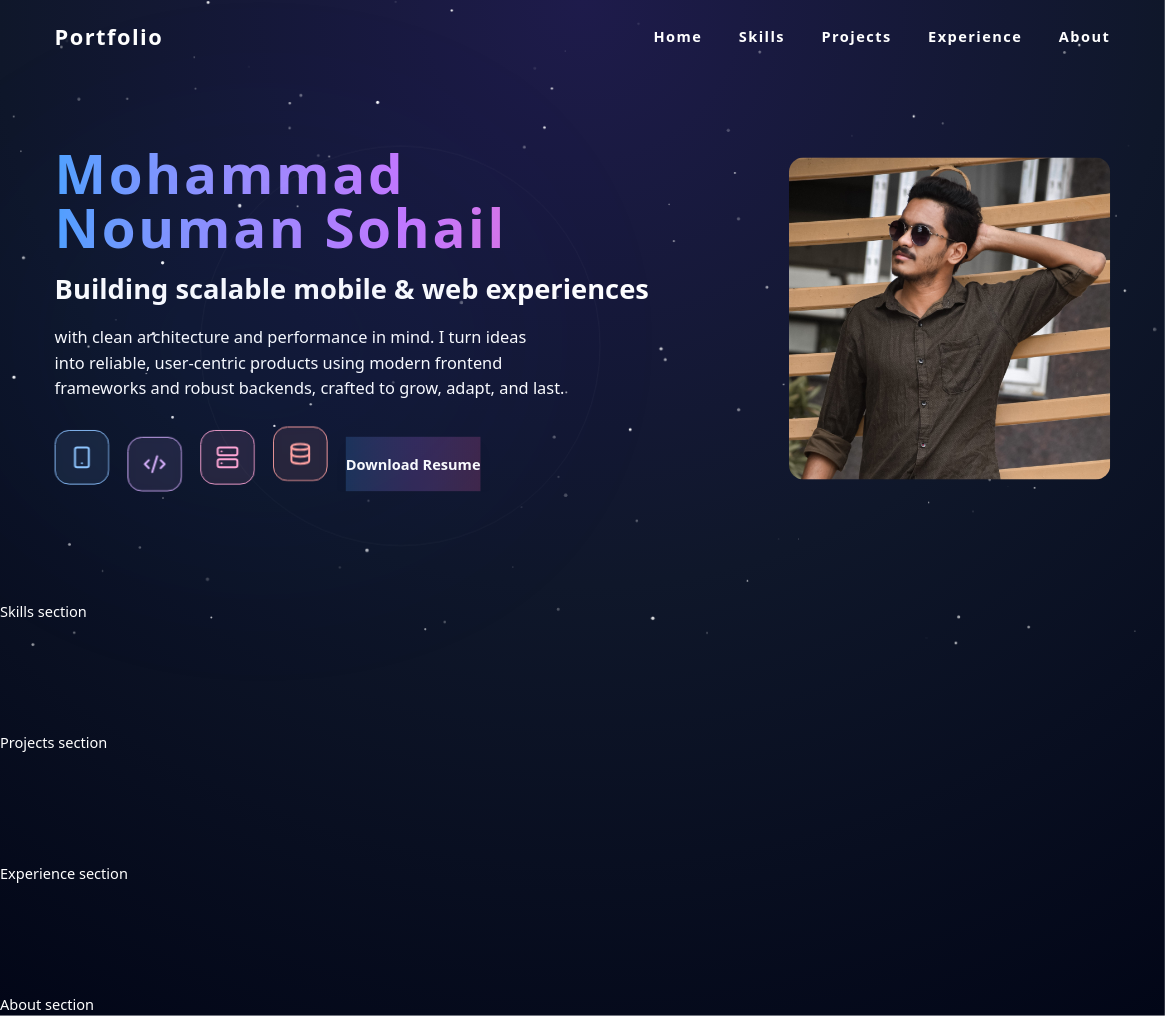
Repository: NoumanSohail/Nouman-Sohail-Portfolio
Page: /
The author's editor kept a copy of each file at every save. The page is drawn from the files as they stood at one save, then again after the next save.
The browser window is 1280 px wide. The pictures show the whole page, at 91% of full size.
The project was rebuilt for these pictures with package versions that can differ from the ones it lists, and the page was loaded fresh each time. The framework's server and built-in components were replaced by stand-ins that run in the browser. Also part of the build but not shown: next.config.ts.

Above is the page before, as saved 2026-01-24 21:22:21.

### app/layout.tsx
import type { Metadata } from "next";
import { Geist, Geist_Mono } from "next/font/google";
import "./globals.css";
import Navbar from "./components/header/Navbar";
import StarBackground from "./components/ui/StarBackground";

const geistSans = Geist({
  variable: "--font-geist-sans",
  subsets: ["latin"],
});

const geistMono = Geist_Mono({
  variable: "--font-geist-mono",
  subsets: ["latin"],
});

export const metadata: Metadata = {
  title: "Create Next App",
  description: "Generated by create next app",
};

export default function RootLayout({
  children,
}: Readonly<{
  children: React.ReactNode;
}>) {
  return (
    <html lang="en">
      <body
        className={`${geistSans.variable} ${geistMono.variable} antialiased`}
      >
        <StarBackground />
        <Navbar />
        {children}
      </body>
    </html>
  );
}

### app/page.tsx
import React from 'react'
import Hero from './components/sections/Hero'
import Skills from './components/sections/Skills'
import Projects from './components/sections/Projects'
import Experience from './components/sections/Experience'
import About from './components/sections/About'

const page = () => {
  return (
    <div>
      <Hero />
      <Skills />
      <Projects />
      <Experience />
      <About />
    </div>
  )
}

export default page

### app/globals.css
@import "tailwindcss";

html {
  scroll-behavior: smooth;
}

body {
  overflow-x: hidden;
  position: relative;
  background: radial-gradient(circle at 50% 0%, #1e1b4b, #0f172a, #020617);
  min-height: 100vh;
}

### app/components/header/Navbar.tsx
"use client";

import { useEffect, useState } from "react";
import { navLinks } from "@/app/data";
import Link from "next/link";
import { Menu, X } from "lucide-react";

const Navbar = () => {
  const [isScrolled, setIsScrolled] = useState(false);
  const [menuOpen, setMenuOpen] = useState(false);

  useEffect(() => {
    const handleScroll = () => setIsScrolled(window.scrollY > 20);
    window.addEventListener("scroll", handleScroll);
    return () => window.removeEventListener("scroll", handleScroll);
  }, []);

  return (
    <header
      className={`fixed top-0 left-0 right-0 z-50 transition-all ${
        isScrolled
          ? "bg-transparent backdrop-blur-md border-b border-white/20 shadow-lg py-3"
          : "bg-transparent py-6"
      }`}
    >
      <div className="w-full mx-auto max-w-384 flex items-center justify-between px-5 md:px-10 lg:px-15 text-white tracking-widest">
        <h1 className="font-bold text-2xl">Portfolio</h1>

        {/* large displays like laptops */}
        <nav className="hidden lg:flex">
          {navLinks.map((links) => (
            <div key={links.name} className="flex ml-10 font-semibold">
              <Link href={links.id}>{links.name}</Link>
            </div>
          ))}
        </nav>

        {/* Mobile Hamburger */}
        <div className="lg:hidden flex items-center justify-center">
          <button
            onClick={() => setMenuOpen(!menuOpen)}
            className="text-zinc-400"
          >
            <Menu size={30} />
          </button>
        </div>

        {menuOpen && (
          <div className="fixed inset-0 h-screen flex justify-end bg-black/40 backdrop-blur-sm">
            <div className="relative h-full w-[60%] bg-[#0f172a] text-white flex items-center transition-transform duration-300 translate-x-0">
              <button
                onClick={() => setMenuOpen(false)}
                className={`absolute top right-5 md:right-10 text-white ${isScrolled ? "top-3" : "top-6"}`}
              >
                <X size={30} />
              </button>

              <nav className="flex flex-col p-10 gap-10 mt-20">
                {navLinks.map((links) => (
                  <Link
                    key={links.name}
                    href={links.id}
                    onClick={() => setMenuOpen(false)}
                    className="font-semibold"
                  >
                    {links.name}
                  </Link>
                ))}
              </nav>
            </div>
          </div>
        )}
      </div>
    </header>
  );
};

export default Navbar;

### app/components/ui/StarBackground.tsx
"use client";

import { useEffect, useRef } from "react";

const StarBackground = () => {
  const canvasRef = useRef<HTMLCanvasElement | null>(null);

  useEffect(() => {
    const canvas = canvasRef.current;
    if (!canvas) return;

    const ctx = canvas.getContext("2d");
    if (!ctx) return;

    let stars: any[] = [];
    const STAR_COUNT = 120;

    const resize = () => {
      canvas.width = window.innerWidth;
      canvas.height = window.innerHeight;
    };

    resize();
    window.addEventListener("resize", resize);

    // Create stars
    stars = Array.from({ length: STAR_COUNT }).map(() => ({
      x: Math.random() * canvas.width,
      y: Math.random() * canvas.height,
      radius: Math.random() * 1.5 + 0.5,
      speed: Math.random() * 0.3 + 0.1,
      opacity: Math.random(),
    }));

    const animate = () => {
      ctx.clearRect(0, 0, canvas.width, canvas.height);

      stars.forEach((star) => {
        star.y += star.speed;
        if (star.y > canvas.height) {
          star.y = 0;
          star.x = Math.random() * canvas.width;
        }

        ctx.beginPath();
        ctx.arc(star.x, star.y, star.radius, 0, Math.PI * 2);
        ctx.fillStyle = `rgba(255,255,255,${star.opacity})`;
        ctx.fill();
      });

      requestAnimationFrame(animate);
    };

    animate();

    return () => window.removeEventListener("resize", resize);
  }, []);

  return (
    <canvas
      ref={canvasRef}
      className="fixed inset-0 pointer-events-none -z-10"
    />
  );
};

export default StarBackground;

### app/components/sections/Hero.tsx
"use client";

import { personaldetails } from "@/app/data";
import Image from "next/image";
import me from "@/public/images/me.jpg";
import { Code2, Database, Server, Smartphone } from "lucide-react";
import { motion } from "framer-motion";
import Button from "../ui/Button";

const Hero = () => {
  return (
    <section
      id="home"
      className="scroll-mt-40 w-full mx-auto max-w-384 px-5 md:px-10 lg:px-15 text-white mt-30 xl:mt-40 overflow-hidden"
    >
      {/* Central Glowing Orb */}
      <div
        className="absolute hidden lg:block lg:left-55 xl:left-0 w-[45%] h-[45%] bg-blue-700/50 rounded-full
          blur-[120px] opacity-10 animate-pulse [animation-delay:2000ms] z-0
        "
      />

      {/* Orbiting Elements */}
      <div
        className="absolute hidden lg:block left-55 w-110 h-110 border border-white/5 rounded-full
          animate-spin [animation-duration:20s] z-10
        "
      />

      <div className="flex flex-col lg:flex-row items-center justify-center gap-7 lg:gap-20 text-center lg:text-start">
        <div className="flex flex-col gap-5">
          <motion.div
            initial={{ x: -100, opacity: 0 }}
            whileInView={{ x: 0, opacity: 1 }}
            viewport={{ once: false, amount: 0.3 }}
            transition={{ duration: 0.8, ease: "easeOut" }}
            className="flex flex-col gap-5"
          >
            <h1 className="font-black text-4xl lg:text-5xl xl:text-6xl tracking-wider text-balance text-transparent bg-clip-text bg-linear-to-r from-blue-400 via-purple-400 to-pink-400">
              {personaldetails.name}
            </h1>
            <h2 className="font-semibold text-2xl lg:text-3xl">
              {personaldetails.tagline}
            </h2>
            <p className="lg:text-lg lg:text-balance">
              {personaldetails.statement}
            </p>
          </motion.div>

          <motion.div
            initial={{ scale: 0.8, opacity: 0 }}
            whileInView={{ scale: 1, opacity: 1 }}
            viewport={{ once: false, amount: 0.3 }}
            transition={{
              duration: 0.5,
              ease: "easeOut",
            }}
            className="flex gap-5 mt-5 items-center justify-center lg:items-start lg:justify-start"
          >
            <div className="flex gap-5">
              <Smartphone
                size={60}
                className="p-4 border rounded-2xl backdrop-blur-xs bg-blue-300/10 hover:scale-110
                        border-blue-300  hover:border-blue-300 text-blue-300 hover:text-blue-300
                        transition-all duration-300 animate-bounce [animation-delay:0ms]"
              />
              <Code2
                size={60}
                className="p-4 border rounded-2xl backdrop-blur-xs bg-purple-300/10 hover:scale-110
                        border-purple-300 hover:border-purple-300 text-purple-300 hover:text-purple-300
                        transition-all duration-300 animate-bounce [animation-delay:100ms]"
              />
              <Server
                size={60}
                className="p-4 border rounded-2xl backdrop-blur-xs bg-pink-300/10 hover:scale-110
                        border-pink-300 hover:border-pink-300 text-pink-300 hover:text-pink-300
                        transition-all duration-300 animate-bounce [animation-delay:200ms]"
              />
              <Database
                size={60}
                className="p-4 border rounded-2xl backdrop-blur-xs bg-red-300/10 hover:scale-110
                        border-red-300 hover:border-red-300 text-red-300 hover:text-red-300
                        transition-all duration-300 animate-bounce [animation-delay:300ms]"
              />
              <Button title="Download Resume" onClick={() => {}} className="bg-linear-to-r from-blue-400/20 via-purple-400/20 to-pink-400/20" />
            </div>
          </motion.div>
        </div>

        <motion.div
          initial={{ x: 100, opacity: 0 }}
          whileInView={{ x: 0, opacity: 1 }}
          viewport={{ once: false, amount: 0.3 }}
          transition={{ duration: 0.8, ease: "easeOut" }}
        >
          <Image
            src={me}
            alt={personaldetails.name}
            height={350}
            width={350}
            className="rounded-2xl lg:h-3xl lg:w-3xl"
          />
        </motion.div>
      </div>
    </section>
  );
};

export default Hero;

### app/components/sections/Skills.tsx

const Skills = () => {
  return (
    <section id="skills" className="h-fit">
      <div className="text-white pt-30">Skills section</div>
    </section>
  );
};

export default Skills;

### app/components/sections/Projects.tsx

const Projects = () => {
  return (
    <section id="projects" className="h-fit">
      <div className="text-white pt-30">Projects section</div>
    </section>
  )
}

export default Projects

### app/components/sections/Experience.tsx

const Experience = () => {
  return (
    <section id="experience" className="h-fit">
      <div className="text-white pt-30">Experience section</div>
    </section>
  );
};

export default Experience;

### app/components/sections/About.tsx

const About = () => {
  return (
    <section id="about" className="h-fit">
      <div className="text-white pt-30">About section</div>
    </section>
  )
}

export default About

### app/data.tsx
export const navLinks = [
  { name: "Home", id: "/#home" },
  { name: "Skills", id: "/#skills" },
  { name: "Projects", id: "/#projects" },
  { name: "Experience", id: "/#experience" },
  { name: "About", id: "/#about" },
];

export const personaldetails = {
  name: "Mohammad Nouman Sohail",
  role: "Full Stack Mobile & Web Developer",
  tagline: "Building scalable mobile & web experiences",
  statement:
    "with clean architecture and performance in mind. I turn ideas into reliable, user-centric products using modern frontend frameworks and robust backends, crafted to grow, adapt, and last.",
};

### app/components/ui/Button.tsx
import { ReactNode } from "react";

interface ButtonProps {
  title: string;
  onClick: () => void;
  type?: "button" | "submit";
  disabled?: boolean;

  /* 🔹 Optional Icon */
  icon?: ReactNode;
  iconPosition?: "left" | "right";

  /* 🔹 External Styles */
  className?: string;
}

const Button = ({
  title,
  onClick,
  type = "button",
  disabled = false,
  icon,
  iconPosition = "left",
  className = "",
}: ButtonProps) => {
  return (
    <button
      type={type}
      onClick={!disabled ? onClick : undefined}
      disabled={disabled}
      className={`
        group
        font-bold shadow-lg
        transition-all transform
        flex items-center justify-center gap-2
        duration-300
        ${
          disabled
            ? "bg-(--color-gray) text-white cursor-not-allowed opacity-70 transition-all duration-300"
            : "bg-(--color-primary) text-white hover:bg-gray-300 hover:scale-105 cursor-pointer transition-all duration-300"
        }

        ${className}
      `}
    >
      {/* ICON LEFT */}
      {icon && iconPosition === "left" && (
        <span className="button-icon flex items-center">{icon}</span>
      )}

      <span>{title}</span>

      {/* ICON RIGHT */}
      {icon && iconPosition === "right" && (
        <span className="button-icon flex items-center">{icon}</span>
      )}
    </button>
  );
};

export default Button;

After the next save:
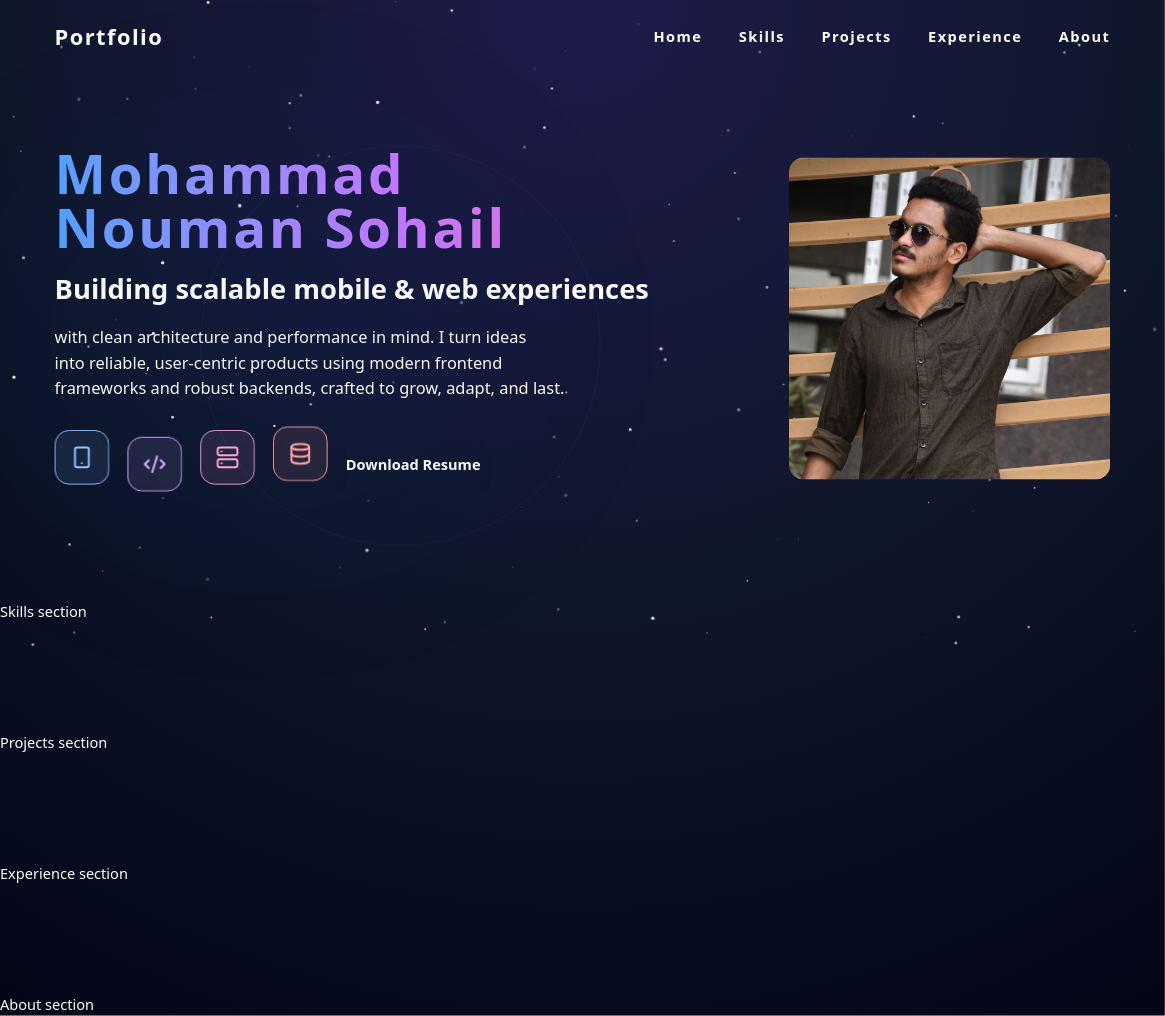
Saved 41 s later.
--- a/app/components/sections/Hero.tsx
+++ b/app/components/sections/Hero.tsx
@@ -82,7 +82,7 @@ const Hero = () => {
                         border-red-300 hover:border-red-300 text-red-300 hover:text-red-300
                         transition-all duration-300 animate-bounce [animation-delay:300ms]"
               />
-              <Button title="Download Resume" onClick={() => {}} className="bg-linear-to-r from-blue-400/20 via-purple-400/20 to-pink-400/20" />
+              <Button title="Download Resume" onClick={() => {}} className="border-green-300" />
             </div>
           </motion.div>
         </div>
